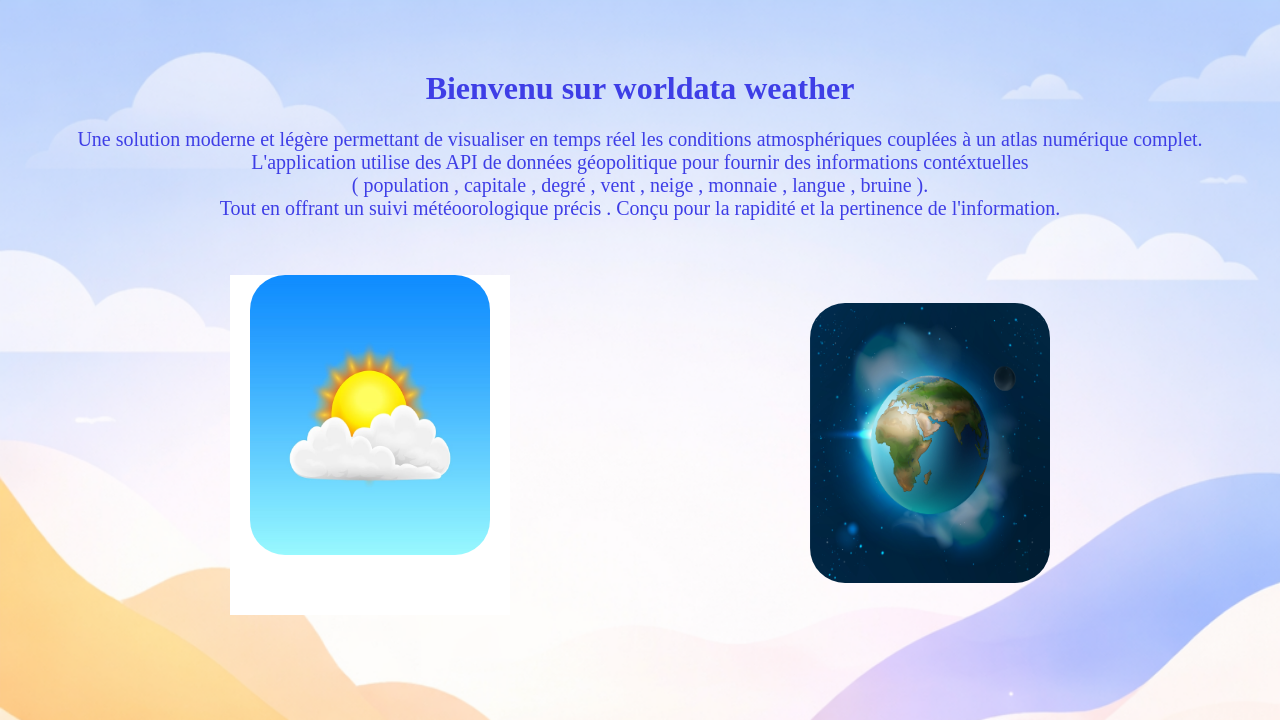
Repository: assanendao171/meteo
Page: index.html
The author's editor kept a copy of each file at every save. The page is drawn from the files as they stood at one save, then again after the next save.
The browser window is 1280 px wide. The pictures show the whole page.

Above is the page before, as saved 2026-03-18 17:08:01.

After the next save:
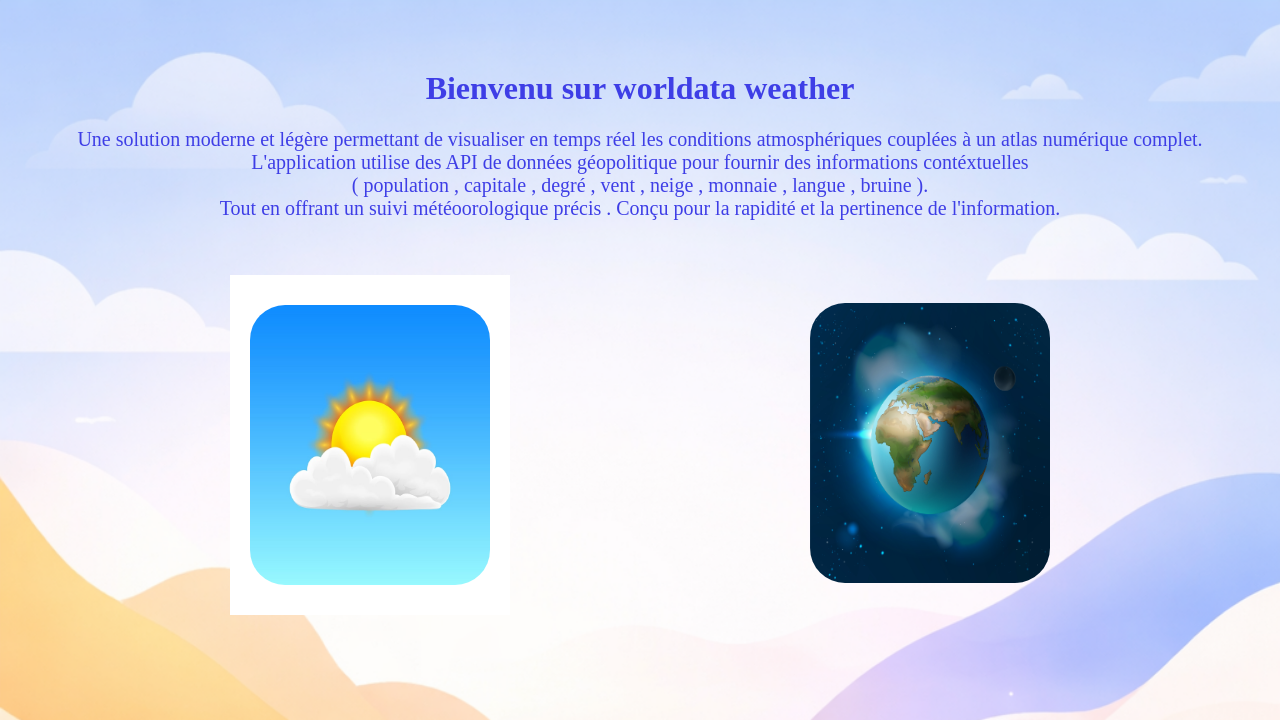
Saved 73 s later.
--- a/style.css
+++ b/style.css
@@ -34,6 +34,6 @@ p{
     background-color: white;
     display: flex;
     flex-direction: column;
-    justify-content: flex-start;
+    justify-content: center;
     align-items: center;
 }
